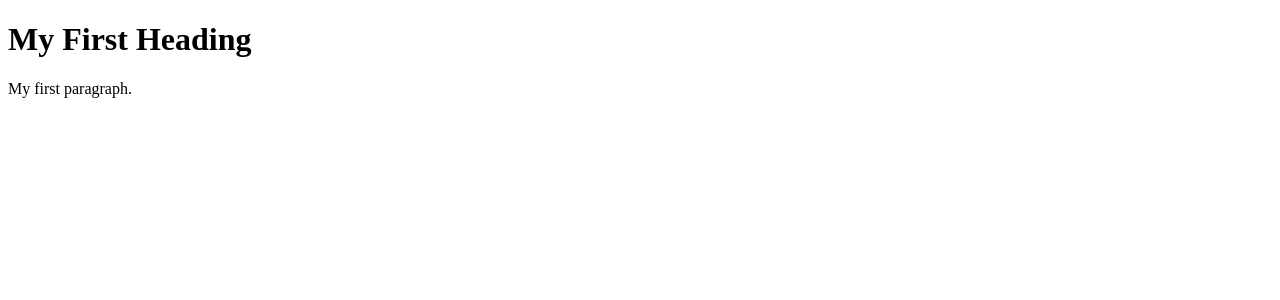
Repository: MasonSingleterry/MasonSingleterry.github.io
Page: index.html
The author's editor kept a record of every edit. The page is drawn from the files as they stood at one moment, then again after the next edit.
The browser window is 1280 px wide. The pictures show the whole page.

Above is the page before.

After the next edit:
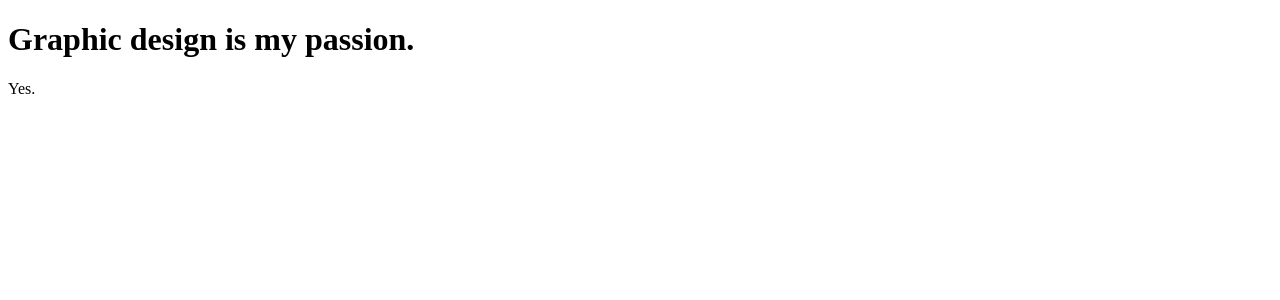
The edit:
--- a/index.html
+++ b/index.html
@@ -4,9 +4,7 @@
         <title>Page Title</title>
     </head>
     <body>
-
-        <h1>My First Heading</h1>
-        <p>My first paragraph.</p>
-
+        <h1>Graphic design is my passion.</h1>
+        <p>Yes.</p>
     </body>
 </html>
